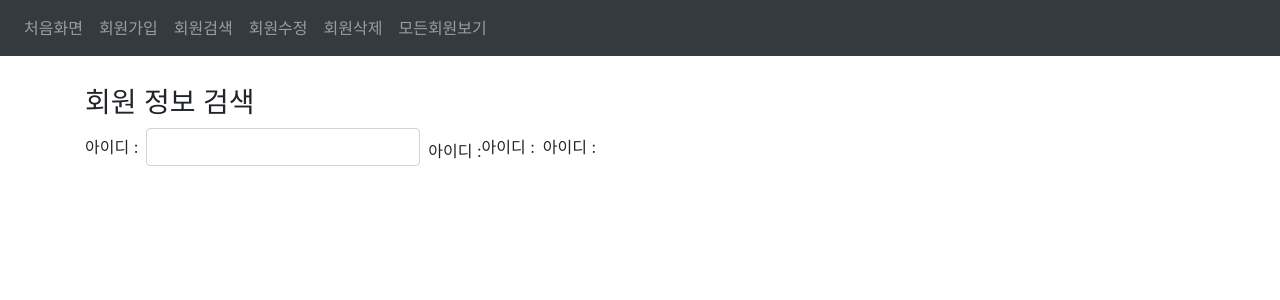
Repository: simjiho/second-crud-project
Page: http://localhost/test/view/memberSearch.jsp
These files come from the project's save history. The page is drawn as it stood at one moment and after the next save; the edit follows.
The browser window is 1280 px wide. The pictures show the whole page.
Some web libraries are served in a nearby version. The page is served by Tomcat 9.

Above is the page before, as saved 2024-03-24 05:43:13.

After the next save:
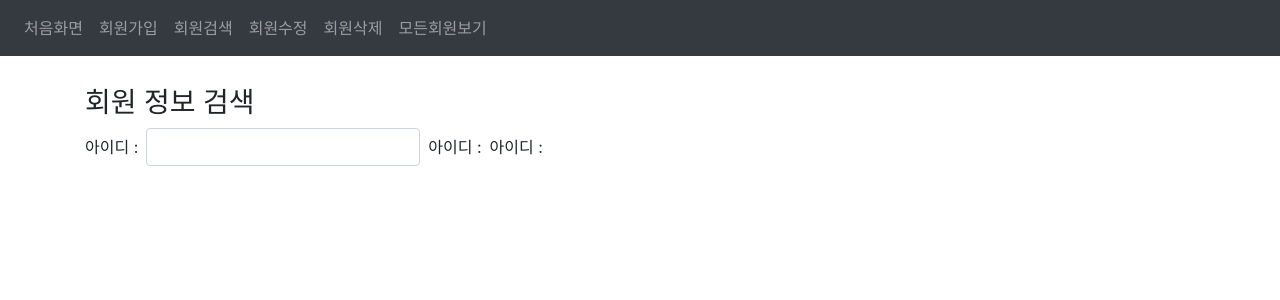
Saved 23 s later.
--- a/test/src/main/webapp/view/memberSearch.jsp
+++ b/test/src/main/webapp/view/memberSearch.jsp
@@ -15,7 +15,7 @@
 
 <form class="form-inline" action="/memberSearch.do" method="post">
 	<label for="id" class="mb-2 mr-sm-2">아이디 : </label>
-	<input type="text" name="id" class="form-control mb-2 mr-sm-2">아이디 : </label>
+	<input type="text" name="id" class="form-control mb-2 mr-sm-2" id = "id"></label>
 	<label for="id" class="mb-2 mr-sm-2">아이디 : </label>
 	<label for="id" class="mb-2 mr-sm-2">아이디 : </label>
 </form>
